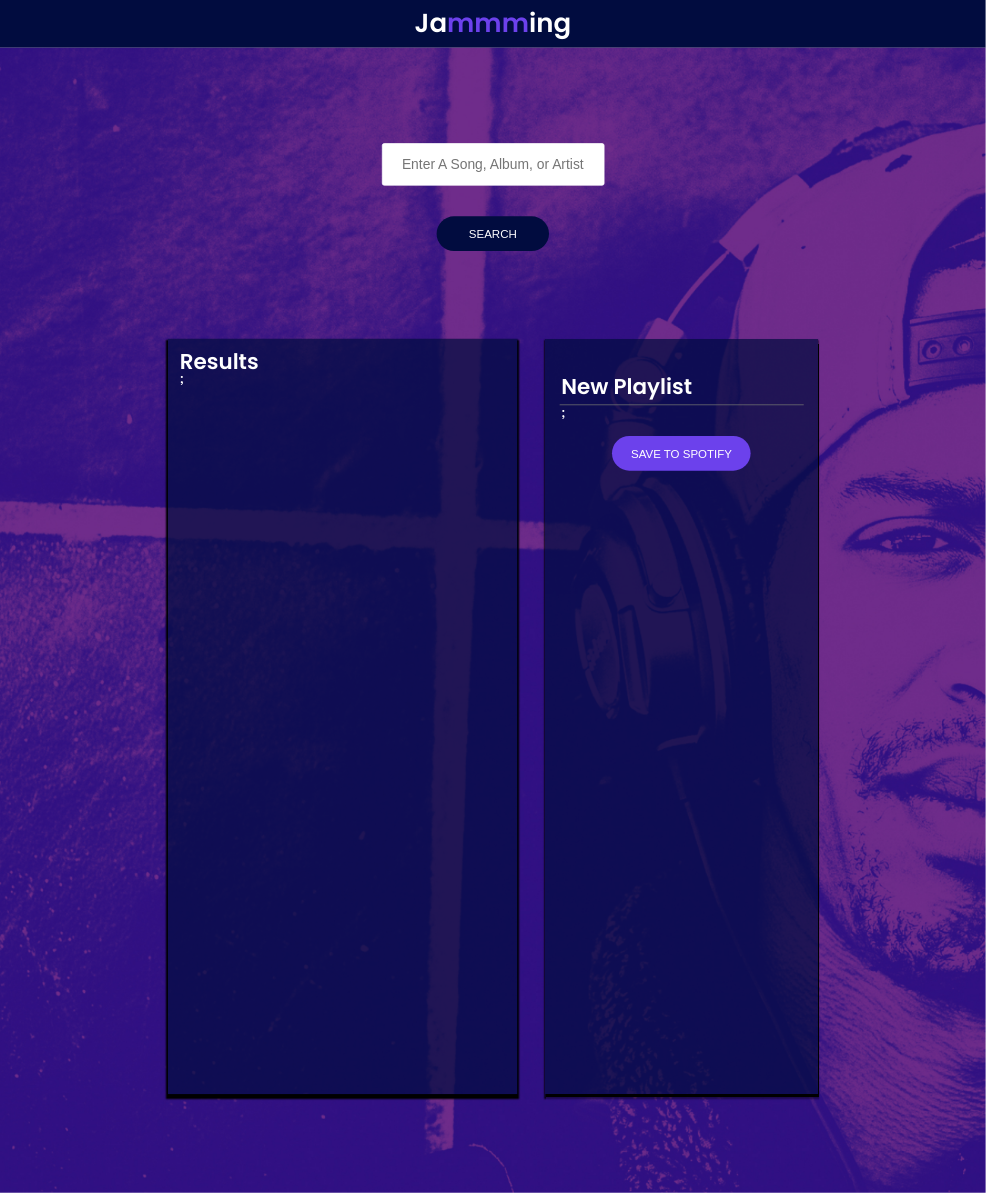
Repository: Haviles04/jammming
Page: /
An editor plug-in stored every save of this project. The page is shown before and after a run of saves, followed by the edit.
The browser window is 1280 px wide. The pictures show the whole page, at 77% of full size.
The project was rebuilt for these pictures with package versions that can differ from the ones it lists, and the page was loaded fresh each time. Also part of the build but not shown: src/components/Track/Track.css, src/components/Track/Track.jsx.

Above is the page before, as saved 2022-10-26 10:10:55.

After the next 2 saves:
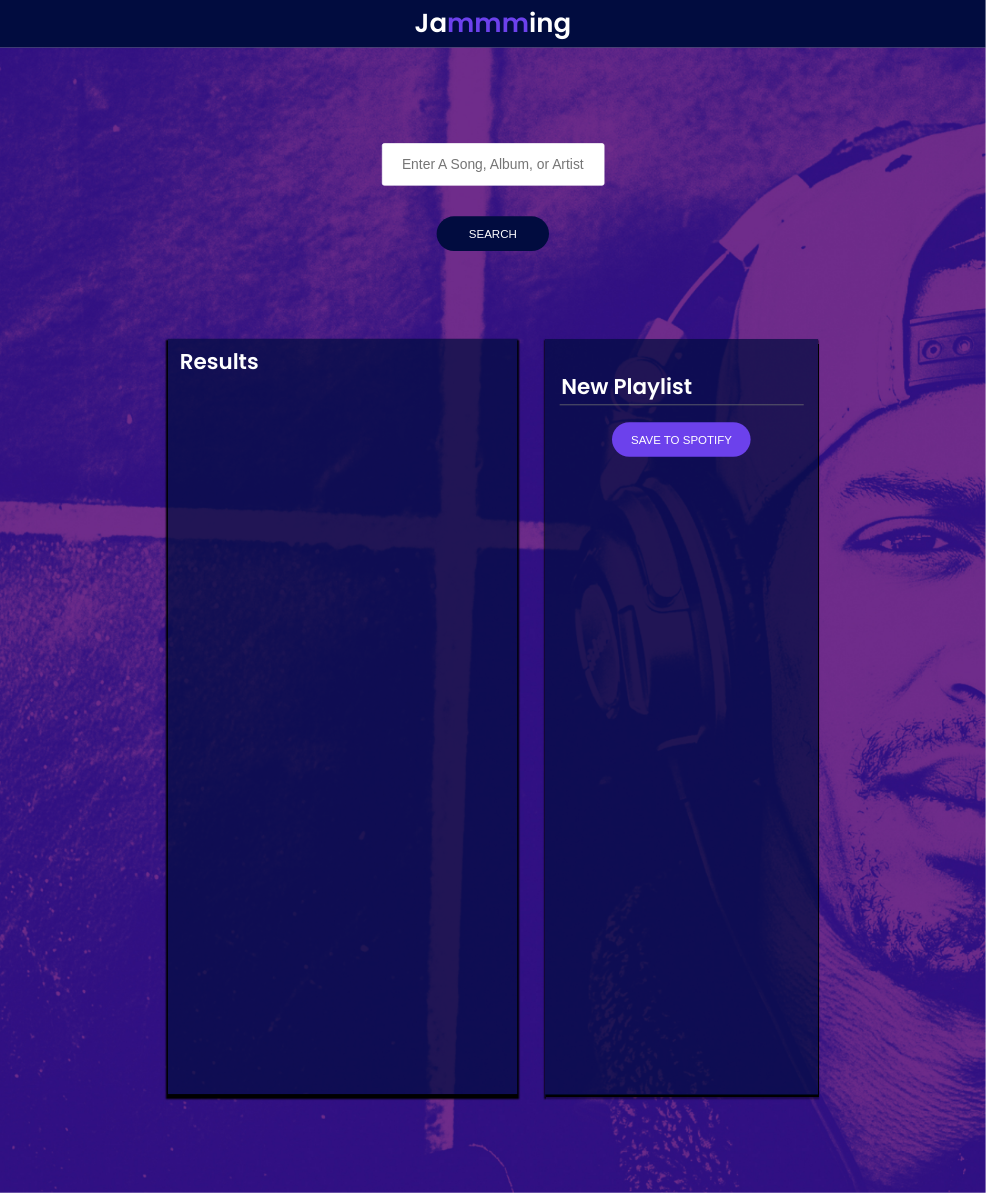
The 2 saves are shown as one change because they came seconds apart.
The last was saved 47 s later.
--- a/src/components/TrackList/TrackList.jsx
+++ b/src/components/TrackList/TrackList.jsx
@@ -1,21 +1,9 @@
 import React from "react";
-import Track from "../Track/Track";
-import './TrackList.css'
-function TrackList({ searchResults }) {
-  return (
-    <div className="TrackList">
-      {() => { if(searchResults){
 
-      searchResults.map((track) => {
-        return <Track track={track} key={track.id} />
-      }
-      )
-
-      }}};
-
-
-    </div>
-  );
+import "./TrackList.css";
+class TrackList extends React.Component {
+  render() {
+    return <div className="TrackList"></div>;
+  }
 }
-
 export default TrackList;
